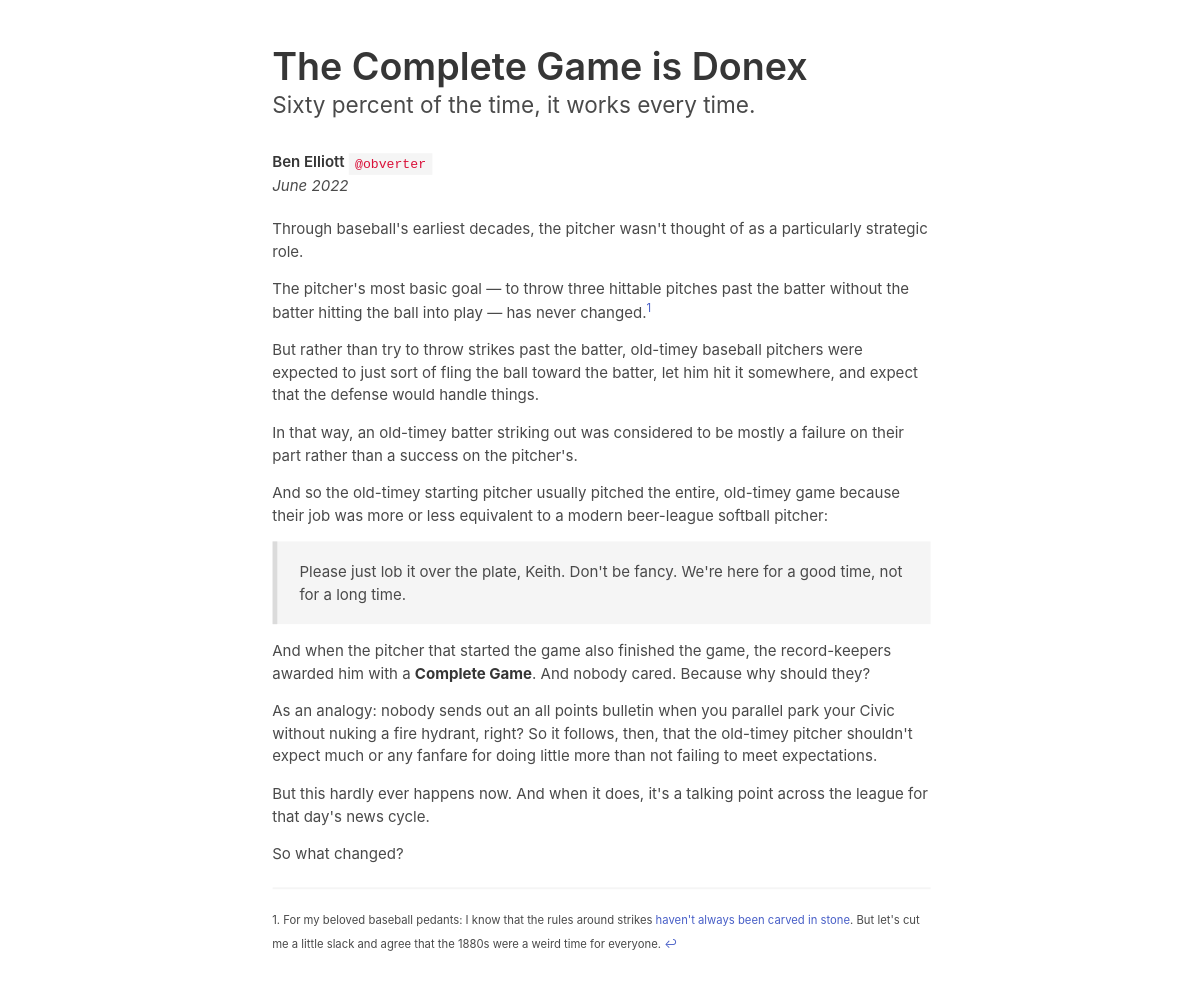
Repository: obverter/complete-games-are-done
Page: index.html
These files come from the project's save history. The page is drawn as it stood at one moment and after the next save; the edit follows.
The browser window is 1280 px wide. The pictures show the whole page, at 94% of full size.

Above is the page before, as saved 2022-06-24 16:49:44.

### index.html
<!DOCTYPE html>
<html>
    <head>
        <meta charset="utf-8" />
        <meta name="viewport" content="width=device-width, initial-scale=1" />
        <title>Story!</title>
        <!-- todo: Title above is the text in the browser tab. -->
        <link
            rel="stylesheet"
            href="https://cdn.jsdelivr.net/npm/bulma@0.9.4/css/bulma.min.css"
        />
    </head>
    <body>
        <section class="section">
            <div class="content is-0">
                <div class="columns">
                    <div class="column is-one-fifth"></div>
                    <div class="column is-three-fifths">
                        <h1 class="title is-2">The Complete Game is Donex</h1>
                        <!-- todo: Title above is the Content title. -->
                        <p class="subtitle is-4">
                            Sixty percent of the time, it works every time.
                            <!-- todo: Subtitle above is the Content subtitle. -->
                        </p>
                    </div>
                    <!-- <div class="column is-one-fifth"></div> -->
                </div>
            </div>
            <div class="columns">
                <div class="column is-one-fifth"></div>
                <div class="column is-three-fifths">
                    <h6 class="title is-6">
                        Ben Elliott <code>@obverter</code>
                    </h6>
                    <h6 class="subtitle is-6"><em>June 2022</em></h6>
                    <div class="content">
                        <p>
                            Through baseball's earliest decades, the pitcher
                            wasn't thought of as a particularly strategic role.
                        </p>
                        <p>
                            The pitcher's most basic goal — to throw three
                            hittable pitches past the batter without the batter
                            hitting the ball into play — has never changed.<sup><a href="#fn1" id="ref1">1</a></sup>
                        </p>
                        <p>
                            But rather than try to throw strikes past the
                            batter, old-timey baseball pitchers were expected to
                            just sort of fling the ball toward the batter, let
                            him hit it somewhere, and expect that the defense
                            would handle things.
                        </p>
                        <p>
                            In that way, an old-timey batter striking out was
                            considered to be mostly a failure on their part
                            rather than a success on the pitcher's.
                        </p>
                        <p>
                            And so the old-timey starting pitcher usually
                            pitched the entire, old-timey game because their job was more or less equivalent to a modern beer-league softball pitcher:
                        </p>
                            <blockquote>Please just lob it over the plate, Keith. Don't be fancy. We're here for a good time, not for a long time.</blockquote>
                        <p>
                            And when the pitcher that started the game also
                            finished the game, the record-keepers awarded him
                            with a <strong>Complete Game</strong>. And nobody
                            cared. Because why should they?
                        </p>
                        <p>
                            As an analogy: nobody sends out an all points
                            bulletin when you parallel park your Civic without
                            nuking a fire hydrant, right? So it follows, then,
                            that the old-timey pitcher shouldn't expect much or
                            any fanfare for doing little more than not failing
                            to meet expectations.
                        </p>
                        <p>
                            But this hardly ever happens now. And when it does,
                            it&#39;s a talking point across the league for that
                            day&#39;s news cycle.
                        </p>
                        <p>So what changed?</p>

                        <hr></hr>

<sup id="fn1">1. For my beloved baseball pedants: I know that the rules around strikes <a href="https://www.baseball-almanac.com/articles/strike_zone_rules_history.shtml">haven't always been carved in stone</a>. But let's cut me a little slack and agree that the 1880s were a weird time for everyone. <a href="#ref1" title="Jump back to footnote 1 in the text.">↩</a></sup>
                    </div>
                </div>
                <div class="column is one-fifth"></div>
            </div>
        </section>
    </body>
</html>

After the next save:
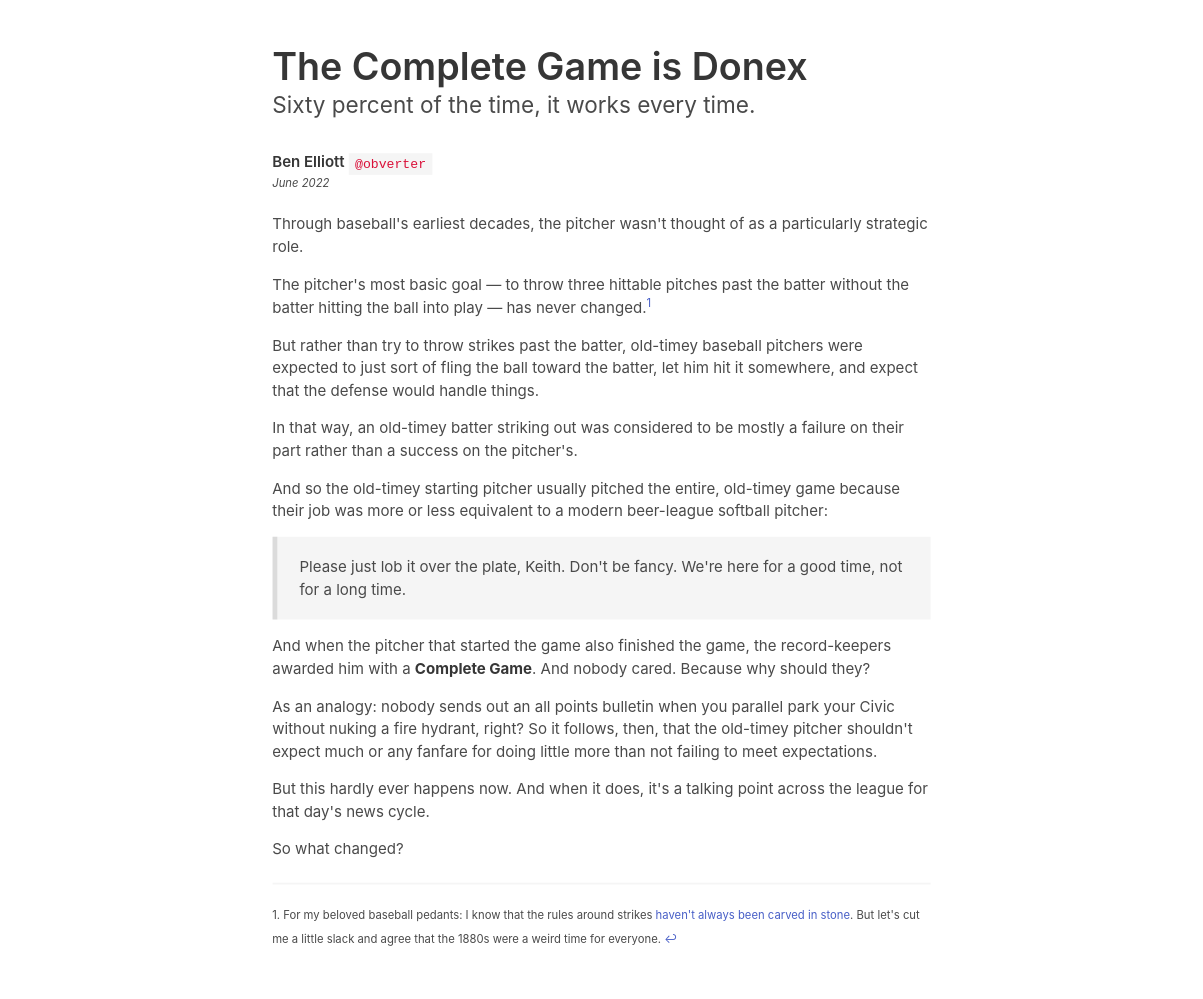
Saved 12 s later.
--- a/index.html
+++ b/index.html
@@ -32,7 +32,7 @@
                     <h6 class="title is-6">
                         Ben Elliott <code>@obverter</code>
                     </h6>
-                    <h6 class="subtitle is-6"><em>June 2022</em></h6>
+                    <h6 class="subtitle is-7"><em>June 2022</em></h6>
                     <div class="content">
                         <p>
                             Through baseball's earliest decades, the pitcher
